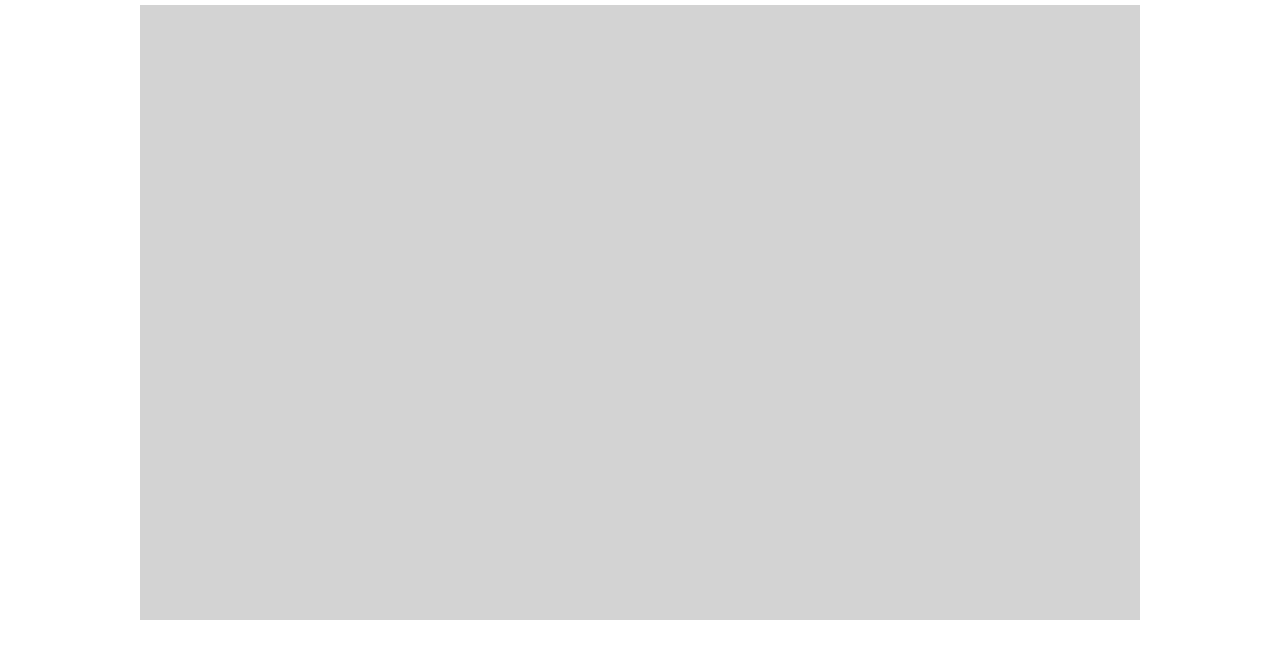
Repository: onopriienkoalina/onopriienkoalina.github.io
Page: dz9_containers/index.html
The author's editor kept a copy of each file at every save. The page is drawn from the files as they stood at one save, then again after a run of saves.
The browser window is 1280 px wide. The pictures show the whole page.
The style sheet was rebuilt from its Sass, Less or Tailwind sources for each picture, by a compiler version that may differ from the author's.

Above is the page before, as saved 2021-12-01 18:10:38.

After the next 3 saves:
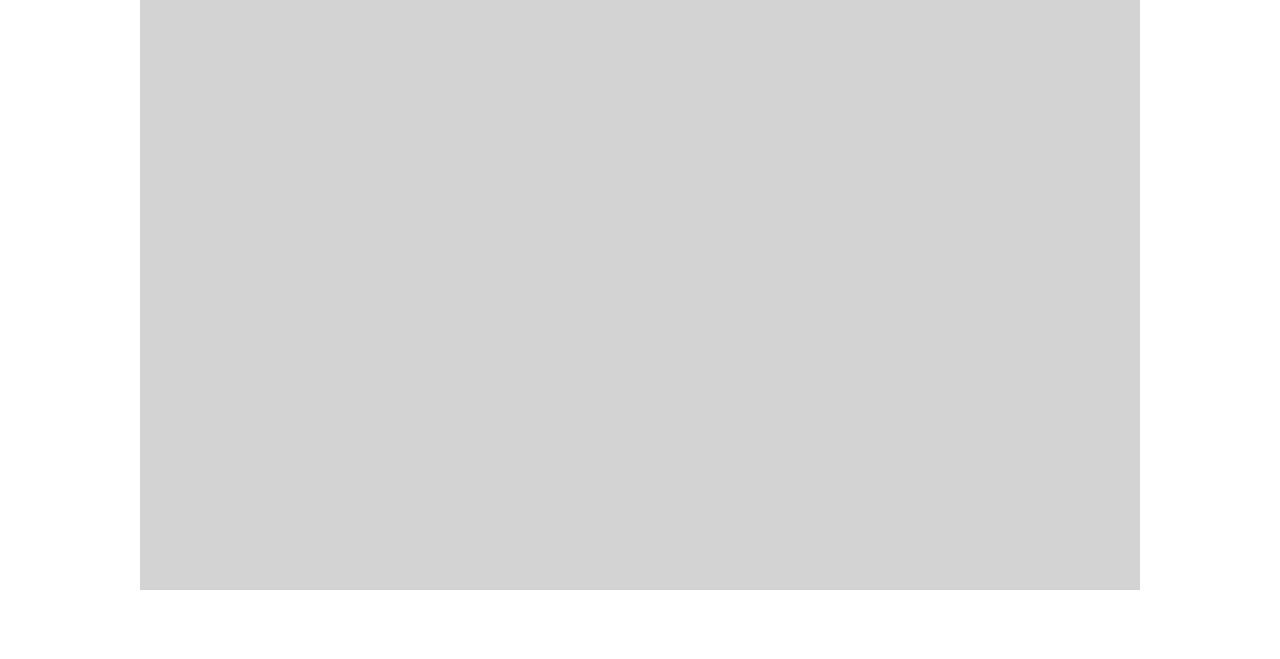
The 3 saves are shown as one change because they came seconds apart.
The last was saved 67 s later.
--- a/dz9_containers/style.scss
+++ b/dz9_containers/style.scss
@@ -7,21 +7,18 @@
  float: left;
  width: 32.53%;
  height: 200px;
- margin: 5px;
  padding: 5px;
 }
 .header {
     clear: left;
     width: 100%;
     height: 100px;
-    margin: 5px;
     padding: 5px;
 }
 .footer {
     clear: left;
     width: 100%;
     height: 50px;
-    margin: 5px;
     padding: 5px;
 }
 }
